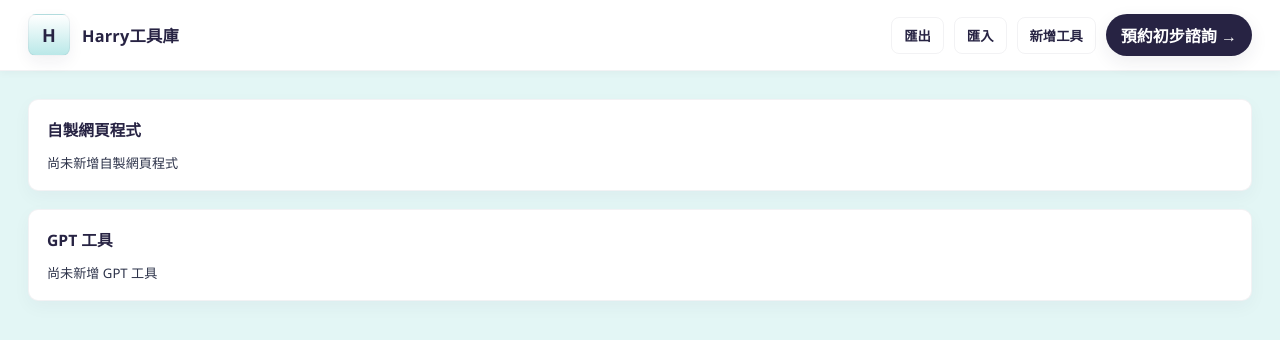
Repository: Harry985991/bmcvibecoding
Page: personal_tool_portal.html
These files come from the project's save history. The page is drawn as it stood at one moment and after the next save; the edit follows.
The browser window is 1280 px wide. The pictures show the whole page.

Above is the page before, as saved 2025-08-22 22:50:26.

After the next save:
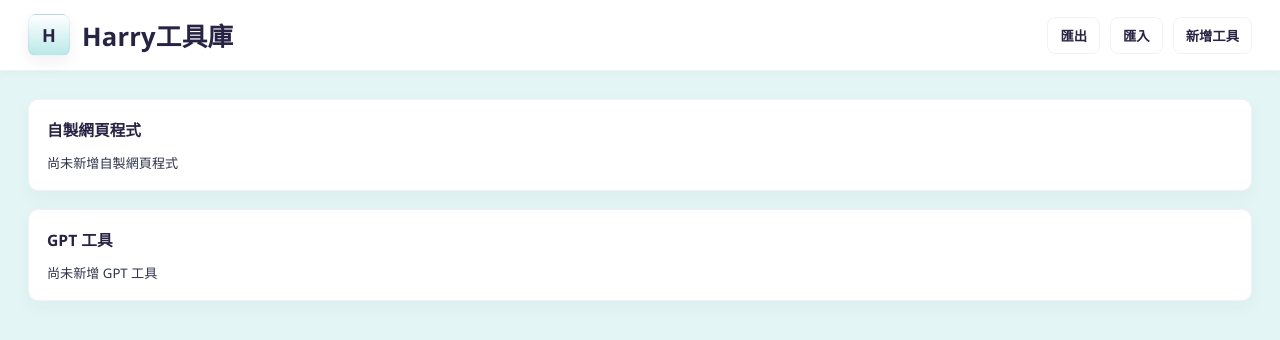
Saved 83 s later.
--- a/personal_tool_portal.html
+++ b/personal_tool_portal.html
@@ -63,7 +63,7 @@ header {
   box-shadow:0 6px 16px rgba(39,35,67,0.06);
 }
 .header-title {
-  font-size:1.02rem;
+  font-size:1.6rem; /* 放大標題 */
   color:var(--primary);
   font-weight:700;
   letter-spacing:0.2px;
@@ -227,7 +227,6 @@ main {
       <button id="exportBtn" title="匯出資料">匯出</button>
       <button id="importBtn" title="匯入資料">匯入</button>
       <button id="addBtn" title="新增工具">新增工具</button>
-      <a class="primary-cta" href="#" title="預約">預約初步諮詢 →</a>
     </div>
   </header>
 
